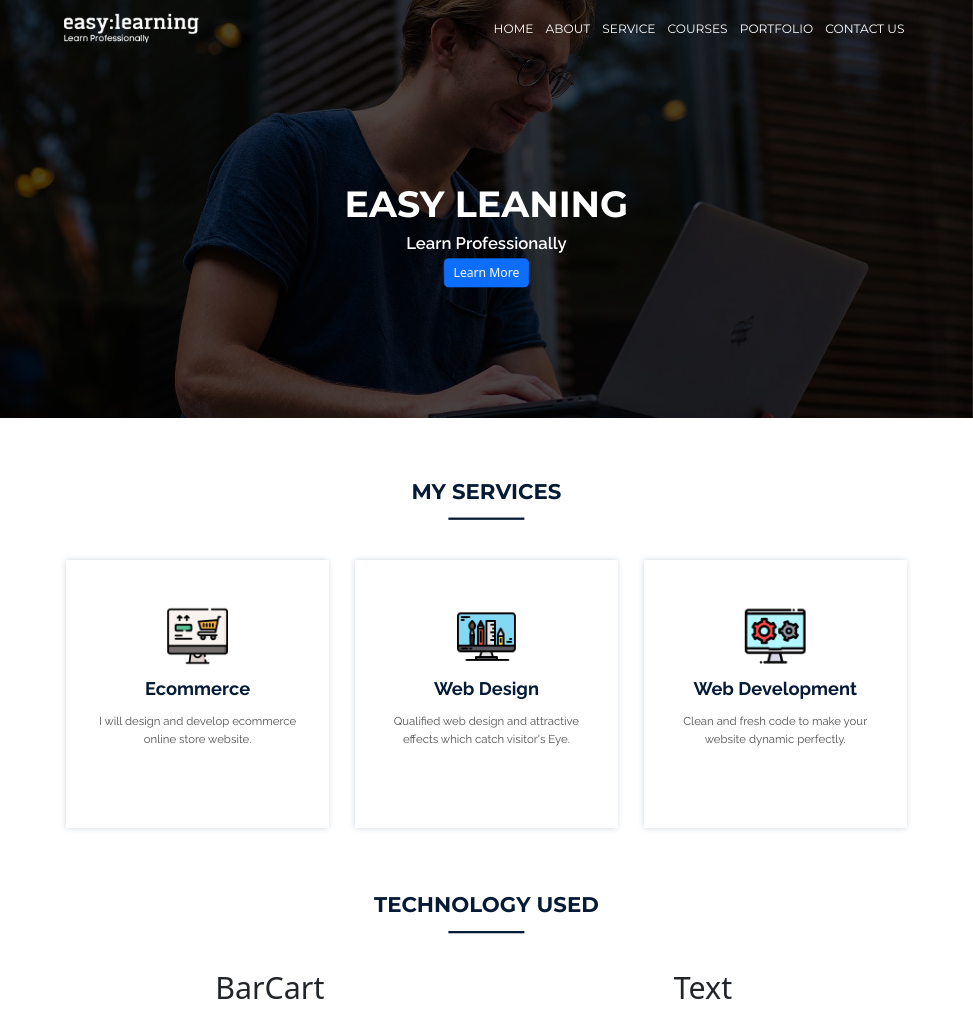
Repository: masamichan/free_video_app
Page: /
The author's editor kept a copy of each file at every save. The page is drawn from the files as they stood at one save, then again after the next save.
The browser window is 1280 px wide. The pictures show the whole page, at 76% of full size.
Backgrounds fixed to the window are drawn as part of the page. The project was rebuilt for these pictures with package versions that can differ from the ones it lists, and the page was loaded fresh each time.

Above is the page before, as saved 2023-01-24 14:27:08.

### public/index.html
<!DOCTYPE html>
<html lang="en">
  <head>
    <meta charset="utf-8" />
    <link rel="icon" href="%PUBLIC_URL%/icon.png" />
    <meta name="viewport" content="width=device-width, initial-scale=1" />
    <meta name="theme-color" content="#000000" />
    <meta
      name="description"
      content="Web site created using create-react-app"
    />

    <link rel="manifest" href="%PUBLIC_URL%/manifest.json" />

    <link rel="preconnect" href="https://fonts.googleapis.com">
    <link rel="preconnect" href="https://fonts.gstatic.com" crossorigin>
    <link
      href="https://fonts.googleapis.com/css2?family=Montserrat:wght@400;700;800&family=Raleway:wght@300;400;600;700&display=swap"
      rel="stylesheet">

    <title>Easy Leaning</title>
  </head>
  <body>
    <noscript>You need to enable JavaScript to run this app.</noscript>
    <div style="width: 100%;" id="root"></div>

  </body>
</html>

### src/App.js
import React from "react";
import Analysis from "./components/Analysis/Analysis";
import Services from "./components/Services/Services";
import { TopBanner } from "./components/TopBanner/TopBanner";
import TopNavigation from "./components/TopNavigation/TopNavigation";

function App() {
  return (
    <div>
      <TopNavigation />
      <TopBanner />
      <Services />
      <Analysis />
    </div>
  );
}

export default App;

### src/components/Analysis/Analysis.jsx
import React, { Component, Fragment } from "react";
import { Col, Container, Row } from "react-bootstrap";

export class Analysis extends Component {
  render() {
    return (
      <Fragment>
        <Container className="text-center">
          <h1 className="serviceMainTitle">TECHNOLOGY USED</h1>
          <div className="bottom"></div>
          <Row>
            <Col lg={6} md={12} sm={12}>
              <h1>BarCart</h1>
            </Col>
            <Col lg={6} md={12} sm={12}>
              <h1>Text</h1>
            </Col>
          </Row>
        </Container>
      </Fragment>
    );
  }
}

export default Analysis;

### src/components/Services/Services.jsx
import React, { Component, Fragment } from "react";
import { Col, Container, Row } from "react-bootstrap";
import designIcon from "../../asset/image/design.png";
import ecommerceIcon from "../../asset/image/ecommerce.png";
import webIcon from "../../asset/image/web.png";

export class Services extends Component {
  render() {
    return (
      <Fragment>
        <Container className="text-center">
          <h1 className="serviceMainTitle">MY SERVICES</h1>
          <div className="bottom"></div>
          <Row>
            <Col lg={4} md={6} sm={12}>
              <div className="serviceCard text-center">
                <img className="ecommerceIcon" src={ecommerceIcon} />
                <h2 className="serviceName">Ecommerce</h2>
                <p className="serviceDescription">
                  I will design and develop ecommerce online store website.
                </p>
              </div>
            </Col>
            <Col lg={4} md={6} sm={12}>
              <div className="serviceCard text-center">
                <img className="designIcon" src={designIcon} />
                <h2 className="serviceName">Web Design</h2>
                <p className="serviceDescription">
                  Qualified web design and attractive effects which catch
                  visitor's Eye.
                </p>
              </div>
            </Col>
            <Col lg={4} md={6} sm={12}>
              <div className="serviceCard text-center">
                <img className="webIcon" src={webIcon} />
                <h2 className="serviceName">Web Development</h2>
                <p className="serviceDescription">
                  Clean and fresh code to make your website dynamic perfectly.
                </p>
              </div>
            </Col>
          </Row>
        </Container>
      </Fragment>
    );
  }
}

export default Services;

### src/components/TopBanner/TopBanner.jsx
import React, { Component, Fragment } from "react";
import { Button, Col, Container, Row } from "react-bootstrap";

export class TopBanner extends Component {
  render() {
    return (
      <Fragment>
        <Container fluid={true} className="topFixedBanner p-0">
          <div className="topBannerOverlay">
            <Container className="topContent">
              <Row>
                <Col className="text-center">
                  <h1 className="topTitle">EASY LEANING</h1>
                  <h4 className="topSubTitle">Learn Professionally</h4>
                  <Button variant="primary">Learn More</Button>
                </Col>
              </Row>
            </Container>
          </div>
        </Container>
      </Fragment>
    );
  }
}

export default TopBanner;

### src/components/TopNavigation/TopNavigation.jsx
import React, { Component, Fragment } from "react";
import { Nav, Navbar, NavDropdown } from "react-bootstrap";
import { Container } from "react-bootstrap";
import whiteLogo from "../../asset/image/logo_white.png";
import blackLogo from "../../asset/image/logo_black.png";
import "../../asset/css/custom.css";
import "../../asset/css/bootstrap.css";

export class TopNavigation extends Component {
  constructor() {
    super();
    this.state = {
      navBarTitle: "navTitle",
      navBarLogo: [whiteLogo],
      navBarBack: "navBackground",
      navBarItem: "navItem",
    };
  }

  onScroll = () => {
    if (window.scrollY > 100) {
      this.setState({
        navBarTitle: "navTitleScroll",
        navBarLogo: [blackLogo],
        navBarBack: "navBackgroundScroll",
        navBarItem: "navItemScroll",
      });
    } else if (window.scrollY < 100) {
      this.setState({
        navBarTitle: "navTitle",
        navBarLogo: [whiteLogo],
        navBarBack: "navBackground",
        navBarItem: "navItem",
      });
    }
  };

  componentDidMount() {
    window.addEventListener("scroll", this.onScroll);
  }

  render() {
    return (
      <Fragment>
        <Navbar
          className={this.state.navBarBack}
          collapseOnSelect
          fixed="top"
          expand="lg"
          variant="dark"
        >
          <Container>
            <Navbar.Brand className={this.state.navBarTitle} href="#home">
              <img src={this.state.navBarLogo} />
            </Navbar.Brand>
            <Navbar.Toggle aria-controls="responsive-navbar-nav" />
            <Navbar.Collapse id="responsive-navbar-nav">
              <Nav className="me-auto"></Nav>
              <Nav>
                <Nav.Link className={this.state.navBarItem} href="#deets">
                  HOME
                </Nav.Link>
                <Nav.Link className={this.state.navBarItem} href="#deets">
                  ABOUT
                </Nav.Link>
                <Nav.Link className={this.state.navBarItem} href="#deets">
                  SERVICE
                </Nav.Link>
                <Nav.Link className={this.state.navBarItem} href="#deets">
                  COURSES
                </Nav.Link>
                <Nav.Link className={this.state.navBarItem} href="#deets">
                  PORTFOLIO
                </Nav.Link>
                <Nav.Link className={this.state.navBarItem} href="#deets">
                  CONTACT US
                </Nav.Link>
              </Nav>
            </Navbar.Collapse>
          </Container>
        </Navbar>
      </Fragment>
    );
  }
}

export default TopNavigation;

### src/asset/css/custom.css
.topFixedBanner {
  background-image: url("../image/banner.jpg");
  min-height: 550px;
  background-attachment: fixed;
  background-position: center;
  background-repeat: no-repeat;
  background-size: cover;
}
.topBannerOverlay {
  position: absolute;
  min-height: 550px;
  width: 100%;
  background: rgb(0, 0, 0, 0.7);
}

.topContent {
  margin-top: 15em;
}

.topTitle {
  font-family: "Montserrat", sans-serif;
  font-weight: 700;
  color: #ffffff;
  font-size: 48px;
}

.topSubTitle {
  font-family: "Raleway", san-serif;
  font-weight: 600;
  color: #ffffff;
  font-size: 22px;
}

.ecommerceIcon {
  height: 80px;
  width: 80px;
}

.designIcon {
  height: 80px;
  width: 80px;
}

.webIcon {
  height: 80px;
  width: 80px;
}

.serviceCard {
  margin: 5px 5px 5px 5px;
  height: 22rem;
  padding: 60px 30px 60px 30px;
  box-shadow: 0 0 8px 0 rgb(4, 55, 105, 0.2);
}

.serviceCard:hover {
  margin: 5px 5px 5px 5px;
  height: 22rem;
  padding: 60px 30px 60px 30px;
  box-shadow: 0 0 16px 0 rgb(4, 55, 105, 0.2);
}

.serviceName {
  color: #051b35;
  margin-top: 1rem;
  font-family: "Raleway", sans-serif;
  font-size: 24px;
  font-weight: 700;
}

.serviceDescription {
  color: #505050;
  margin-top: 1rem;
  font-family: "Raleway", sans-serif;
  font-size: 15px;
  font-weight: 400;
}

.serviceMainTitle {
  color: #051b35;
  margin-top: 5rem;
  margin-bottom: 3rem;
  font-family: "Montserrat", sans-serif;
  font-weight: 700;
  font-size: 28px;
}

.bottom {
  background: #051b35 none repeat scroll 0 0;
  height: 3px;
  width: 100px;
  margin: -1.9rem auto 0;
  margin-bottom: 3rem;
}

.navTitle {
  font-family: "Montserrat", sans-serif;
  color: #ffffff !important;
  font-weight: 700;
  font-size: 30px;
}

.navTitleScroll {
  font-family: "Montserrat", sans-serif;
  color: #051b35 !important;
  font-weight: 700;
  font-size: 30px;
}

.navBackground {
  -webkit-transition: background-color 400ms llinear;
  -moz-transition: background-color 400ms linear;
  -o-transition: background-color 400ms linear;
  transition: background-color 400ms linear;
  background-color: rgb(00, 00, 00, 0) !important;
}

.navBackgroundScroll {
  -webkit-transition: background-color 400ms llinear;
  -moz-transition: background-color 400ms linear;
  -o-transition: background-color 400ms linear;
  transition: background-color 400ms linear;
  background-color: #ffffff;
}

.navItem {
  text-decoration: none !important;
  font-family: "Montserrat", sans-serif;
  color: #ffffff !important;
  font-weight: 700;
  font-size: 16px;
}

.navItemScroll {
  text-decoration: none !important;
  font-family: "Montserrat", sans-serif;
  color: #000000 !important;
  font-weight: 700;
  font-size: 16px;
}

Loaded but not shown: src/index.js (common file); src/asset/css/bootstrap.css (library)

After the next save:
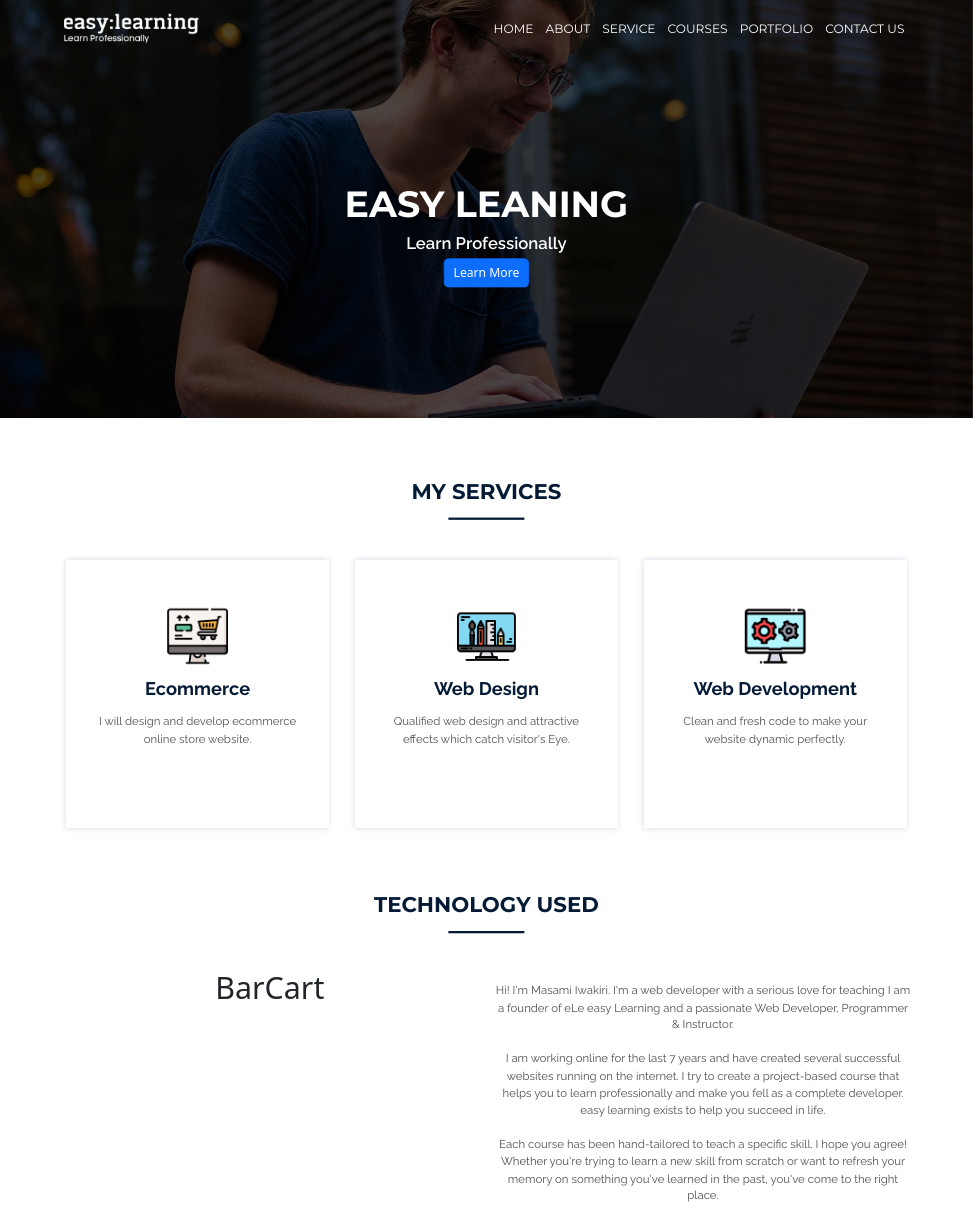
Saved 2 min 51 s later.
--- a/src/components/Analysis/Analysis.jsx
+++ b/src/components/Analysis/Analysis.jsx
@@ -13,7 +13,21 @@ export class Analysis extends Component {
               <h1>BarCart</h1>
             </Col>
             <Col lg={6} md={12} sm={12}>
-              <h1>Text</h1>
+              <p className="text-justify serviceDescription">
+                Hi! I'm Masami Iwakiri. I'm a web developer with a serious love
+                for teaching I am a founder of eLe easy Learning and a
+                passionate Web Developer, Programmer & Instructor.<br></br>
+                <br></br>I am working online for the last 7 years and have
+                created several successful websites running on the internet. I
+                try to create a project-based course that helps you to learn
+                professionally and make you fell as a complete developer. easy
+                learning exists to help you succeed in life.<br></br>
+                <br></br>
+                Each course has been hand-tailored to teach a specific skill. I
+                hope you agree! Whether you're trying to learn a new skill from
+                scratch or want to refresh your memory on something you've
+                learned in the past, you've come to the right place.
+              </p>
             </Col>
           </Row>
         </Container>
